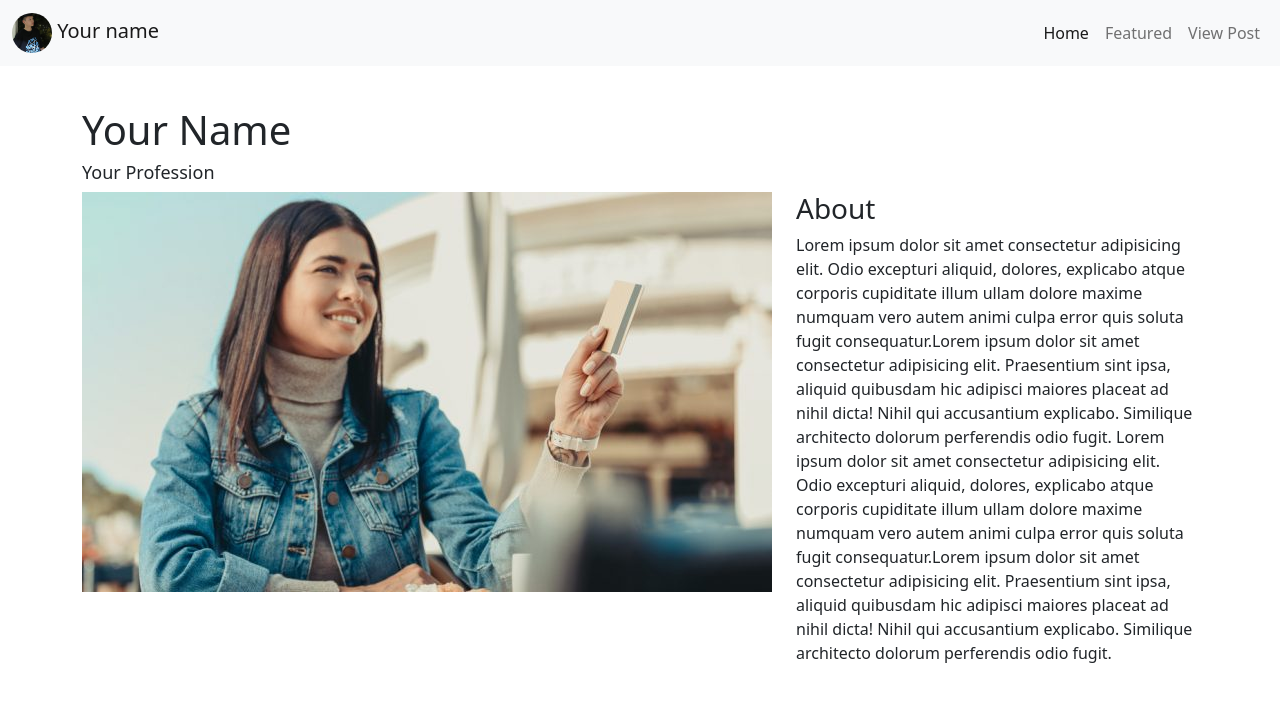
Repository: nvt01/72_1951061106_NgoVanTung
Page: BaiTh1/index.html
The author's editor kept a copy of each file at every save. The page is drawn from the files as they stood at one save, then again after a run of saves.
The browser window is 1280 px wide. The pictures show the whole page.

Above is the page before, as saved 2021-11-30 22:10:42.

After the next 2 saves:
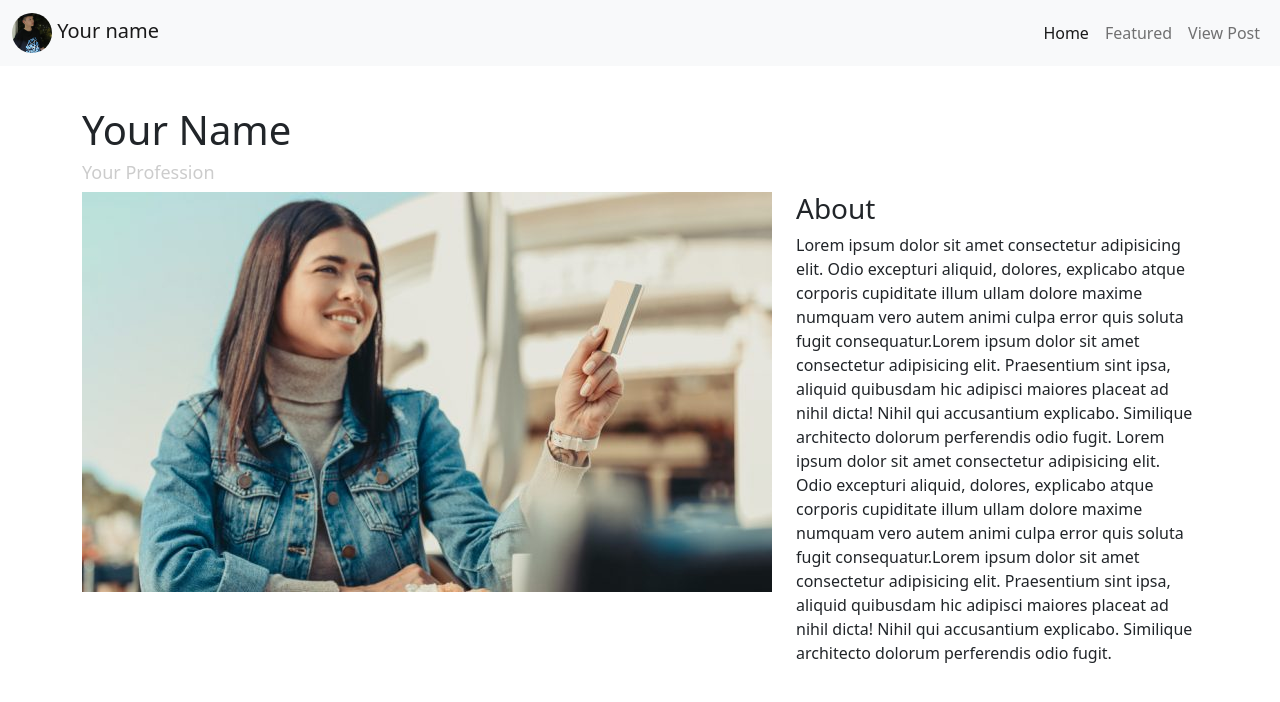
The 2 saves are shown as one change because they came seconds apart.
The last was saved 6 s later.
--- a/BaiTh1/style.css
+++ b/BaiTh1/style.css
@@ -26,6 +26,6 @@
     font-weight: 400;
 }
 .container .h3 {
-    color: var(-text--color);
+    color: var(--text-color);
     font-size: 18px;
 }
